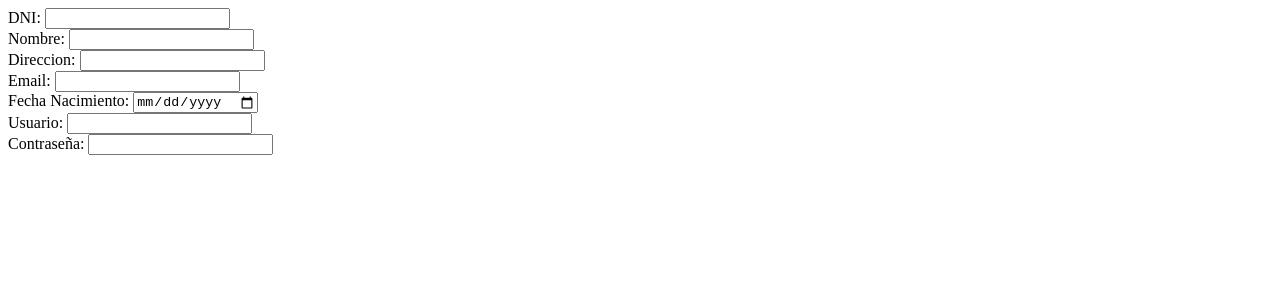
Repository: ProSoft-PDSI/sdsddo
Page: http://localhost/sdsr/Registro.jsp
An editor plug-in stored every save of this project. The page is shown before and after the next save, followed by the edit.
The browser window is 1280 px wide. The pictures show the whole page.
The page is served by Tomcat 9.

Above is the page before, as saved 2014-07-16 20:02:44.

After the next save:
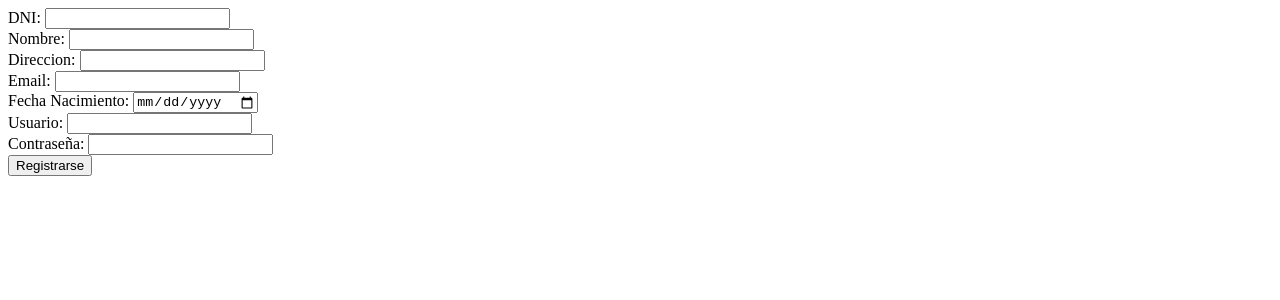
Saved 38 s later.
--- a/Web/sdsr/WebContent/Registro.jsp
+++ b/Web/sdsr/WebContent/Registro.jsp
@@ -30,6 +30,8 @@
 		<br />
 		<label>Contraseña: </label>
 		<input type="text" name="contrasenia">
+		<br />
+		<input type="submit" value="Registrarse">
 	</form>
 </body>
 </html>
